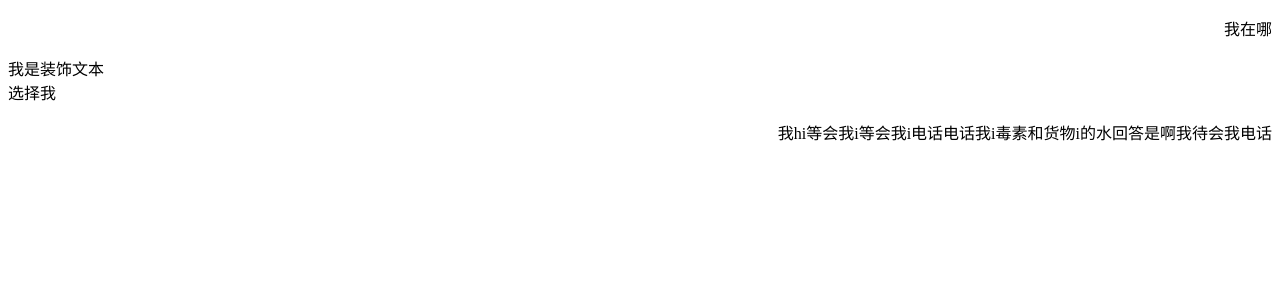
Repository: Qwenicq/My_project
Page: html/CSS_Learnin/04_text.html
The author's editor kept a copy of each file at every save. The page is drawn from the files as they stood at one save, then again after the next save.
The browser window is 1280 px wide. The pictures show the whole page.

Above is the page before, as saved 2023-03-30 22:19:39.

After the next save:
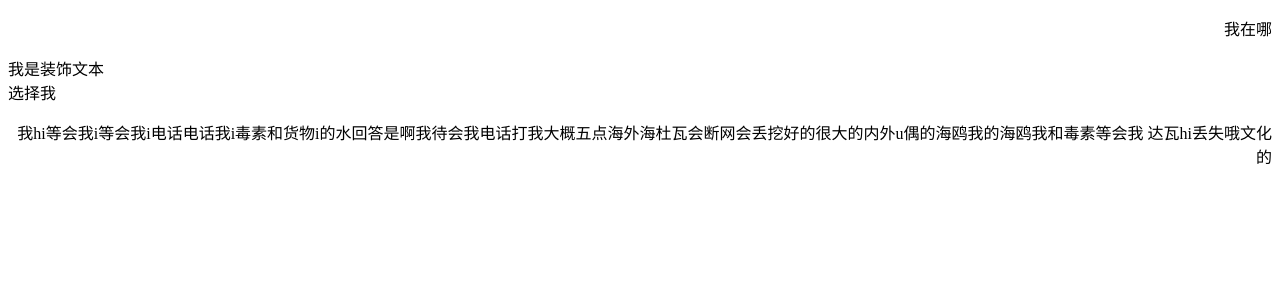
Saved 13 s later.
--- a/html/CSS_Learnin/04_text.html
+++ b/html/CSS_Learnin/04_text.html
@@ -24,6 +24,6 @@
     <p>我在哪</p>
     <div>我是装饰文本</div>
     <a href="#">选择我</a>
-    <p>我hi等会我i等会我i电话电话我i毒素和货物i的水回答是啊我待会我电话</p>
+    <p>我hi等会我i等会我i电话电话我i毒素和货物i的水回答是啊我待会我电话打我大概五点海外海杜瓦会断网会丢挖好的很大的内外u偶的海鸥我的海鸥我和毒素等会我 达瓦hi丢失哦文化的</p>
 </body>
 </html>
